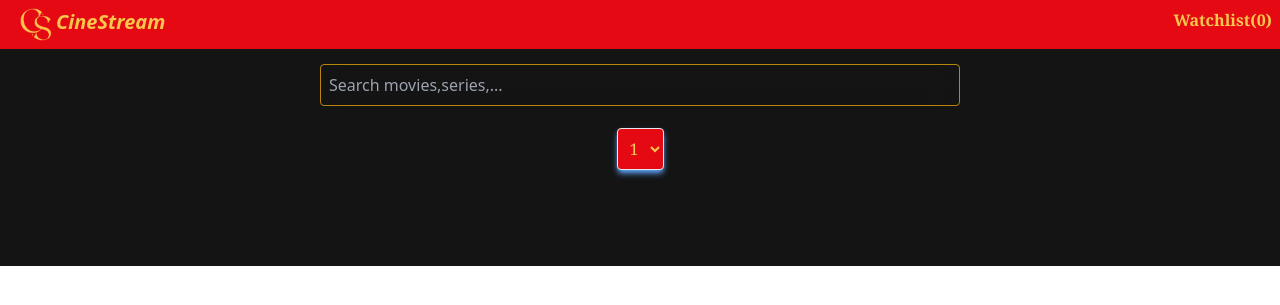
Repository: Reshmashameem31/Cine-Stream
Page: /watchlist (app in movie-project/)
An editor plug-in stored every save of this project. The page is shown before and after a run of saves, followed by the edit.
The browser window is 1280 px wide. The pictures show the whole page.
The page's requests for data from a server got no answer. The project was rebuilt for these pictures with package versions that can differ from the ones it lists, and the page was loaded fresh each time. Some packages were replaced by stand-ins written for this rebuild. No one was signed in, and anything a server would have sent is missing. Also part of the build but not shown: movie-project/vite.config.js, movie-project/src/Components/Moviecard.jsx, movie-project/src/Components/GoldenSprinkles.jsx, movie-project/src/pages/Home.jsx.

Above is the page before, as saved 2025-08-17 13:14:09.

After the next 2 saves:
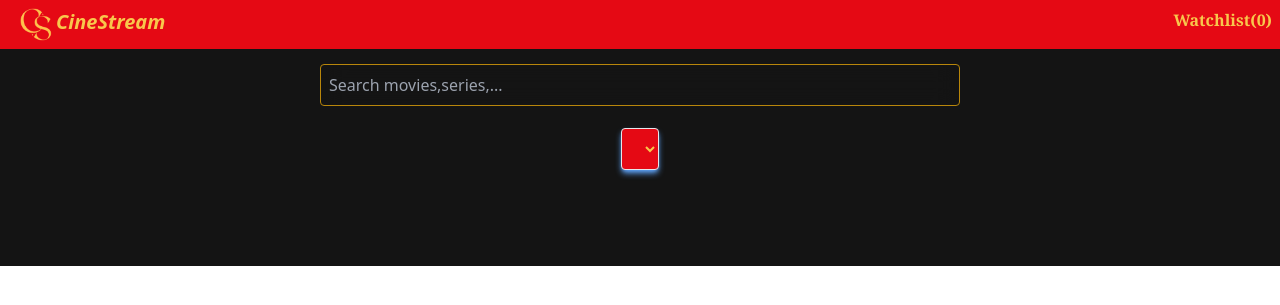
The 2 saves are shown as one change because they came seconds apart.
The last was saved 48 s later.
--- a/movie-project/src/Components/GenreFilter.jsx
+++ b/movie-project/src/Components/GenreFilter.jsx
@@ -4,10 +4,7 @@
 
   return (
     <select className='p-2 bg-[#E50914]  text-[rgb(248,199,76)] shadow-md shadow-blue-400  backdrop-blur-md border rounded font-serif mb-4'>
-        <option value=''>1</option>
-        <option value=''>2</option>
-        <option value=''>3</option>
-        <option value=''>4</option>
+        {genreList}
 
     </select>
   )
